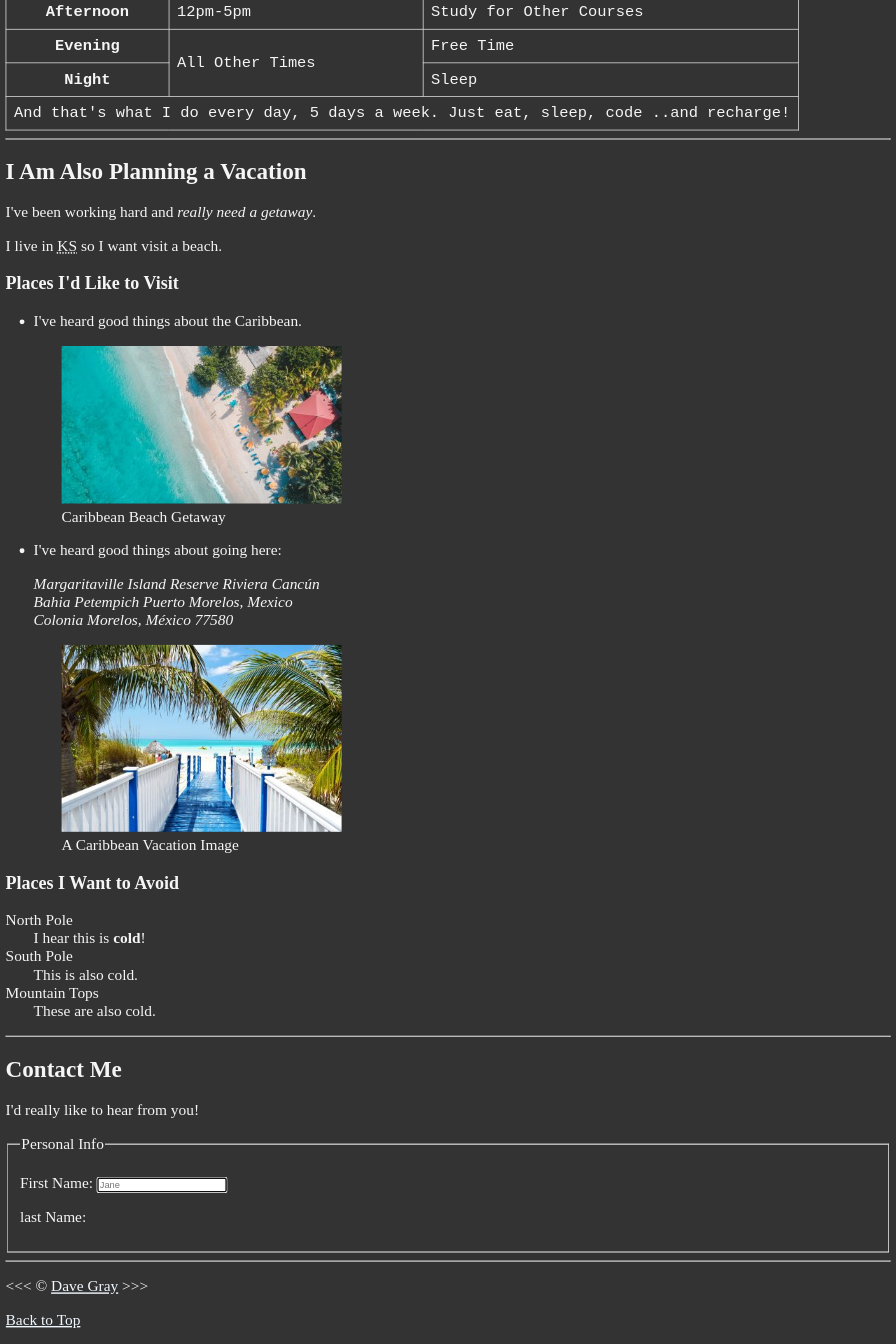
Repository: JavaProgrammerFromEastEurope/project-html-full-tutorial
Page: 09_lesson/index.html
These files come from the project's save history. The page is drawn as it stood at one moment and after a run of saves; the edit follows.
The browser window is 1280 px wide. The pictures show the part of the page from y = 1295 to 3215 px (the page is 3215 px tall), at 70% of full size.

Above is the page before, as saved 2023-04-07 04:38:33.

After the next 3 saves:
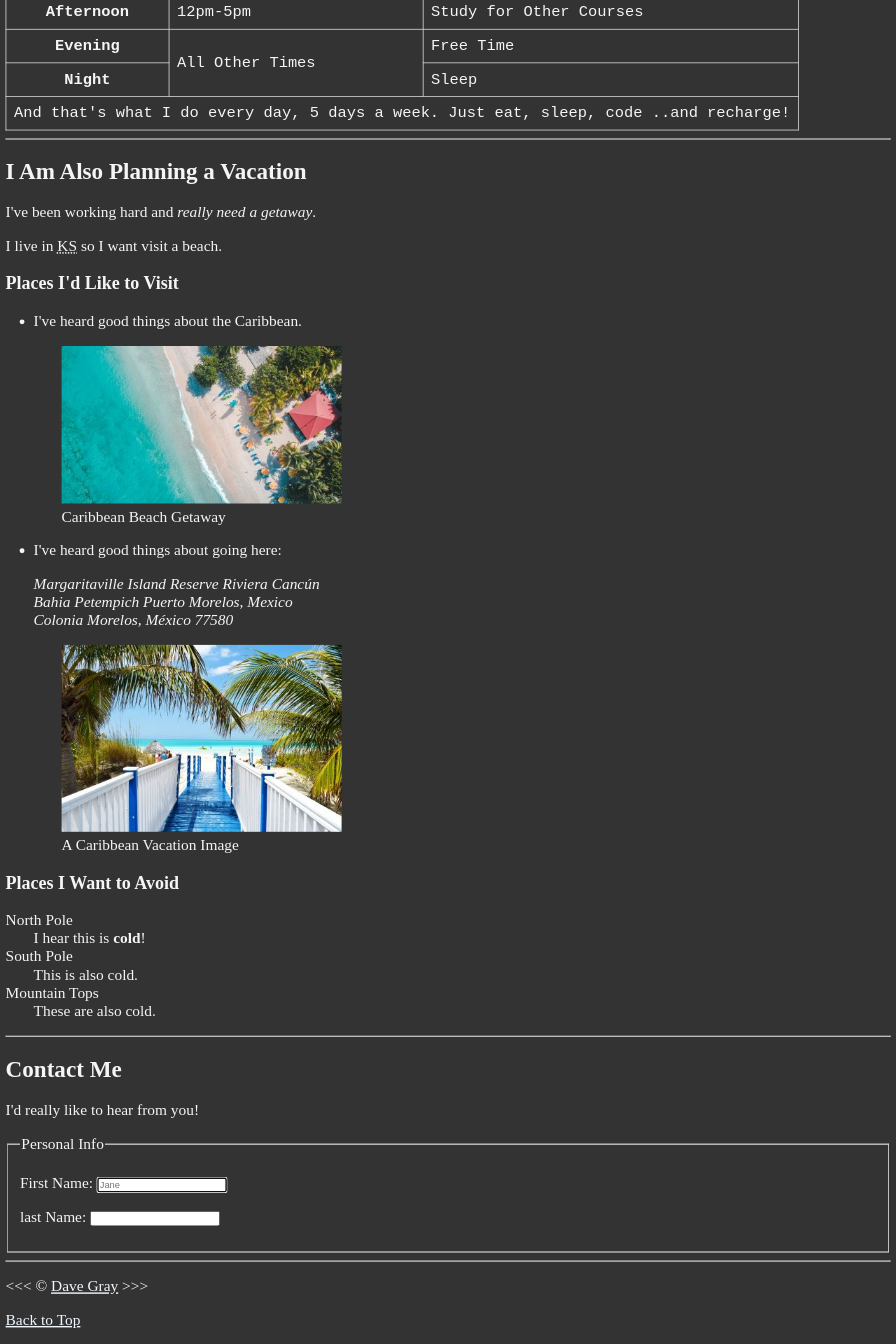
The 3 saves are shown as one change because they came seconds apart.
The last was saved 9 s later.
--- a/09_lesson/index.html
+++ b/09_lesson/index.html
@@ -217,6 +217,7 @@
               />
 							<p>
 								<label for="lastName">last Name:</label>
+								<input type
 							</p>
             </p>
           </fieldset>
